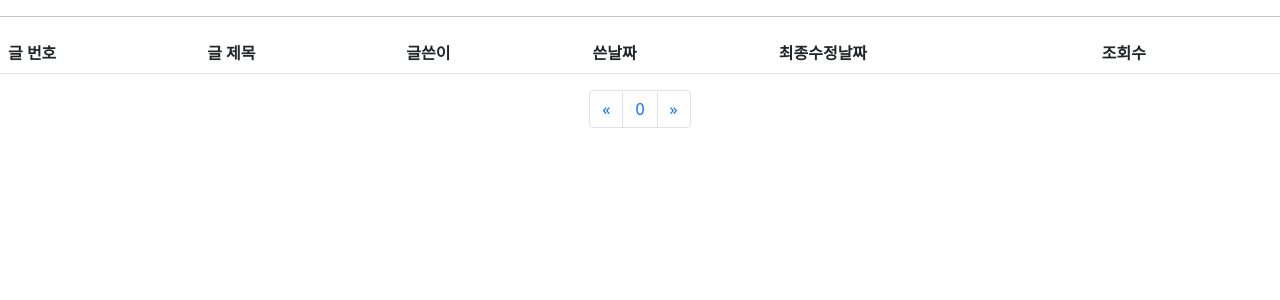
Repository: hayatoKH/java-basic2
Page: http://localhost/MyFirstWeb/boardList
The author's editor kept a copy of each file at every save. The page is drawn from the files as they stood at one save, then again after the next save.
The browser window is 1280 px wide. The pictures show the whole page.
The page is served by Tomcat 9. Queries for data that is not in the repository find no rows.

Above is the page before, as saved 2022-03-22 01:05:50.

After the next save:
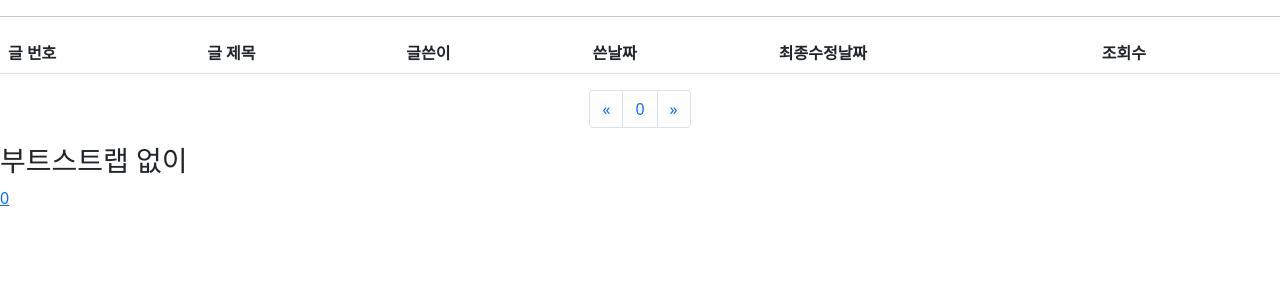
Saved 51 s later.
--- a/MyFirstWeb/src/main/webapp/board/boardlist.jsp
+++ b/MyFirstWeb/src/main/webapp/board/boardlist.jsp
@@ -54,5 +54,10 @@
 	  </ul>
 	</nav>
 
+	<h3>부트스트랩 없이</h3>
+	<c:forEach var="pageIndex" begin="${dto.startPage }" end="${dto.endPage }">
+		 	  <a href="#">${pageIndex }</a>
+	</c:forEach>
+
 </body>
 </html>
